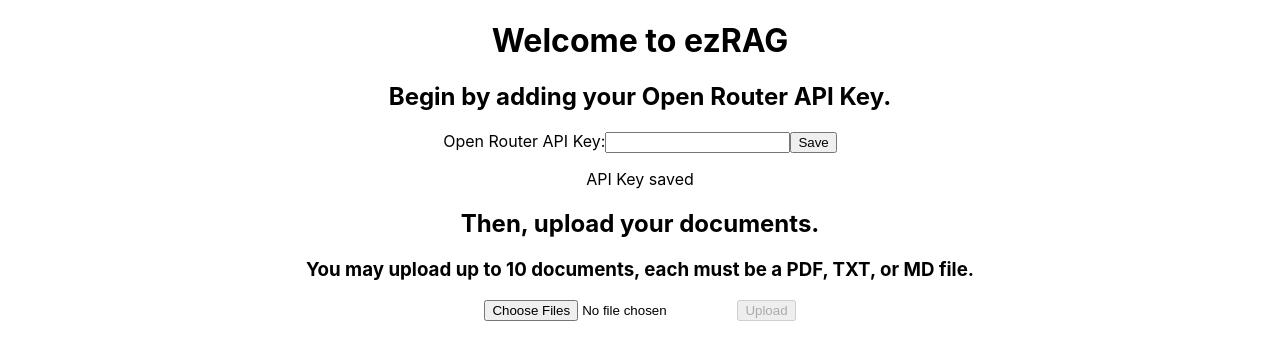
Repository: harrisonthayer04/ezRAG
Page: / (app in ez_rag/), after clicking the first element matching `button`
An editor plug-in stored every save of this project. The page is shown before and after the next save, followed by the edit.
The browser window is 1280 px wide. The pictures show the whole page.
The project was rebuilt for these pictures with package versions that can differ from the ones it lists, and the page was loaded fresh each time.

Above is the page before, as saved 2025-09-03 20:06:16.

### ez_rag/src/App.tsx
import React from 'react';
import logo from './logo.svg';
import './App.css';
import File_Upload from './components/File_Upload';
import Open_Router from './components/Open_Router';

function App() {
  return (
    <div className="App">
      <h1>Welcome to ezRAG</h1>
      <h2>Begin by adding your Open Router API Key.</h2>
      <Open_Router />

      <h2>Then, upload your documents.</h2>
      <h3>You may upload up to 10 documents, each must be a PDF, TXT, or MD file.</h3>
      <File_Upload />
    </div>
  );
}

export default App;

### ez_rag/src/components/File_Upload.tsx
import { useState } from 'react';

import { embedMany, loadEmbedder } from '../lib/embeddings';
import { chunkByChars } from '../lib/chunk';

export type StoredFileMetadata = {
  id: string;
  name: string;
  size: number;
  type: string;
  lastModified: number;
  text: string;
  error?: string;
};

type VectorRecord = {
  fileId: string;
  chunkIndex: number;
  text: string;
  vector: number[];
}

function makeId(){
  return Date.now().toString(36) + Math.random().toString(36).slice(2,8);
}

const File_Upload: React.FC = () => {
  const [selected, setSelected] = useState<FileList | null>(null);
  const [items, setItems] = useState<StoredFileMetadata[]>([]);
  const [vectors, setVectors] = useState<VectorRecord[]>([]);
  const [loading, setLoading] = useState(false);
  const [error, setError] = useState<string | null>(null);

  async function handleUpload() {
    if (!selected || selected.length === 0) return;
    setLoading(true);
    setError(null);

    try {
      const next: StoredFileMetadata[] = [];

      for (const file of Array.from(selected)) {
        const base = {
          id: makeId(),
          name: file.name,
          size: file.size,
          type: file.type || 'text/plain',
          lastModified: file.lastModified || Date.now(),
        };

        try {
          const lower = file.name.toLowerCase();
          const isTxtOrMd =
            file.type.startsWith('text/') || lower.endsWith('.txt') || lower.endsWith('.md');

          if (!isTxtOrMd) {
            next.push({ ...base, text: '', error: 'Only .txt and .md files are supported.' });
            continue;
          }

          const text = await file.text();
          next.push({ ...base, text });
        } catch (e: any) {
          next.push({ ...base, text: '', error: e?.message || String(e) });
        }
      }

      setItems(next);

      // ----- Build embeddings locally -----
      // Ensure the model is loaded (first call downloads weights, then cached).
      await loadEmbedder();

      // Chunk each successful file and collect all chunks
      const chunks: { fileId: string; chunkIndex: number; text: string }[] = [];
      for (const it of next) {
        if (it.error) continue;
        const parts = chunkByChars(it.text, 1800, 200); // tune sizes as you like
        parts.forEach((t, i) => {
          chunks.push({ fileId: it.id, chunkIndex: i, text: t });
        });
      }

      // Compute embeddings for all chunks
      const embs = await embedMany(chunks.map((c) => c.text));

      // Pair back results for display
      const recs: VectorRecord[] = embs.map((e, i) => ({
        ...chunks[i],
        vector: Array.from(e), // convert Float32Array -> number[] so we can stringify/display
      }));

      setVectors(recs);
    } catch (e: any) {
      setError(e?.message || String(e));
    } finally {
      setLoading(false);
    }
  }

  return (
    <div>
      <div>
        <input
          type="file"
          id="files"
          multiple
          accept=".txt,.md,text/plain,text/markdown"
          onChange={(e) => setSelected(e.target.files)}
        />
        <button onClick={handleUpload} disabled={loading || !selected || selected.length === 0}>
          {loading ? 'Processing…' : 'Upload'}
        </button>
      </div>

      {error && <p>{error}</p>}

      {/* File metadata + text */}
      <div>
        {items.map((it) => (
          <div key={it.id}>
            <div>
              <strong>{it.name}</strong>
            </div>
            <div>Size: {(it.size / 1024).toFixed(1)} KB</div>
            <div>Type: {it.type || 'unknown'}</div>
            <div>Last Modified: {new Date(it.lastModified).toLocaleString()}</div>
            {it.error ? (
              <div>Error: {it.error}</div>
            ) : (
              <pre style={{ whiteSpace: 'pre-wrap' }}>{it.text}</pre>
            )}
            <hr />
          </div>
        ))}
      </div>

      {/* Embeddings per file (chunked) */}
      {vectors.length > 0 && (
        <div>
          <h3>Embeddings</h3>
          {items.map((file) => {
            const rows = vectors.filter((v) => v.fileId === file.id);
            if (rows.length === 0) return null;
            return (
              <div key={`vec-${file.id}`}>
                <div>
                  <strong>{file.name}</strong> — {rows.length} chunk(s)
                </div>
                {rows.map((r) => (
                  <div key={`${r.fileId}-${r.chunkIndex}`}>
                    <div>
                      Chunk {r.chunkIndex} • dim {r.vector.length}
                    </div>
                    <pre style={{ whiteSpace: 'pre-wrap' }}>
                      {JSON.stringify(r.vector.slice(0, 8))}{r.vector.length > 8 ? ' …' : ''}
                    </pre>
                    <hr />
                  </div>
                ))}
              </div>
            );
          })}
        </div>
      )}
    </div>
  );
};

export default File_Upload

### ez_rag/src/components/Open_Router.tsx
import React from 'react'
import { useState } from 'react';



const Open_Router = () => {
  const [apiKey, setApiKey] = useState('');
  const [state, setState] = useState('idle');

  const handleSave = () => {
    localStorage.setItem('openRouterApiKey', apiKey);
    setState('saved');
  }

  return (
    <div>
    <label htmlFor="Open Router API Key">Open Router API Key:
    <input type="text" value={apiKey} onChange={(e) => setApiKey(e.target.value)} />
    </label>
    <button onClick={handleSave}>Save</button>
    {state === 'saved' && <p>API Key saved</p>}
    </div>
  )

}

export default Open_Router

### ez_rag/src/lib/embeddings.ts
import { pipeline, env } from "@xenova/transformers";

// Offline/local setup (served from CRA public/ as /models)
env.allowLocalModels = true;
env.allowRemoteModels = false;
env.localModelPath = '/models';

let extractorPromise: Promise<any> | null = null;

export function loadEmbedder(model = 'bge-small-en-v1.5'){
    if (!extractorPromise){
        extractorPromise = pipeline('feature-extraction', model, {
            quantized: true,
            local_files_only: true,
        });
    }
    return extractorPromise;
}

function toFloat32Array(out: any): Float32Array {
    if (out == null) throw new Error('Empty embedding output');

    // Transformers.js may return a Tensor-like object with .data
    if (out.data) {
        const d = out.data;
        return d instanceof Float32Array ? d : new Float32Array(d);
    }

    if (out instanceof Float32Array) return out;
    if (Array.isArray(out)) return new Float32Array(out);
    if (ArrayBuffer.isView(out)) {
        return new Float32Array(out.buffer, out.byteOffset, out.byteLength / Float32Array.BYTES_PER_ELEMENT);
    }

    throw new Error('Unexpected embedding output format');
}

export async function embedOne(text: string): Promise<Float32Array>{
    const extractor = await loadEmbedder();
    const out = await extractor(text, { pooling: 'mean', normalize: true });
    return toFloat32Array(out);
}

export async function embedMany(texts: string[]): Promise<Float32Array[]> {
    const extractor = await loadEmbedder();
    const results: Float32Array[] = [];
    for (const t of texts){
        const out = await extractor(t, { pooling: 'mean', normalize: true });
        results.push(toFloat32Array(out));
    }
    return results;
}

export function cosineSimilarity(a: Float32Array, b: Float32Array): number{
    let dot = 0, na = 0, nb = 0;
    for (let i = 0; i < a.length; i++){
        const ai = a[i], bi = b[i];
        dot += ai * bi; na += ai * ai; nb += bi * bi;
    }
    return dot / (Math.sqrt(na) * Math.sqrt(nb));
}

### ez_rag/src/lib/chunk.ts
export function chunkByChars(
    text: string,
    maxChars = 1800,
    overlap = 200
): string[]{
    const clean = text.replace(/\s+\n/g, '\n').trim();
    if (clean.length <= maxChars) return [clean];

    const chunks: string[] = [];
    let i = 0;
    while (i < clean.length){
        const end = Math.min(i + maxChars, clean.length);
        let slice = clean.slice(i, end);

        const lastStop = Math.max(
            slice.lastIndexOf(". "),
            slice.lastIndexOf("? "),
            slice.lastIndexOf("! "),
        );
        if (end < clean.length && lastStop > maxChars * 0.6){
            slice = slice.slice(0, lastStop + 1);
        }
        chunks.push(slice);
        if (end >= clean.length) break;
        i += Math.max(1, slice.length - overlap)
    }
    return chunks;
}

Loaded but not shown: ez_rag/public/index.html (common file); ez_rag/src/index.js (common file); ez_rag/src/index.css (common file); ez_rag/src/reportWebVitals.js (common file); ez_rag/src/App.css (common file)

After the next save:
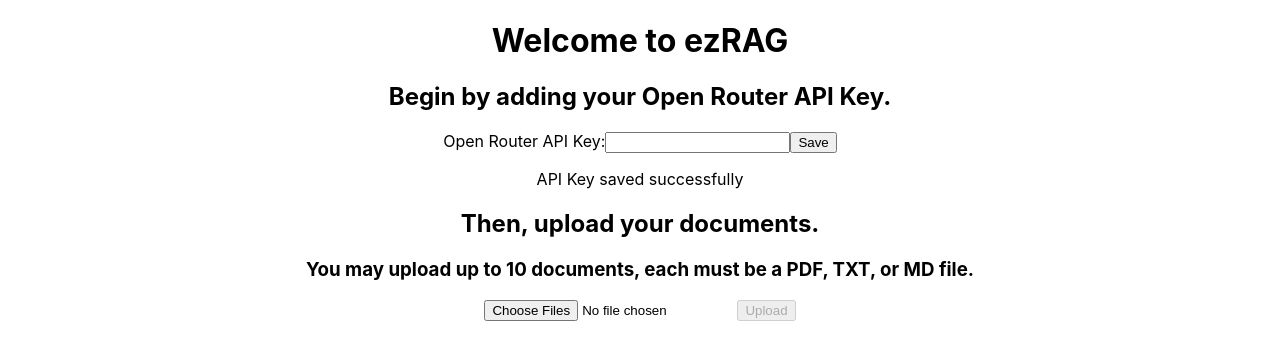
Saved 12 s later.
--- a/ez_rag/src/components/Open_Router.tsx
+++ b/ez_rag/src/components/Open_Router.tsx
@@ -18,7 +18,7 @@ const Open_Router = () => {
     <input type="text" value={apiKey} onChange={(e) => setApiKey(e.target.value)} />
     </label>
     <button onClick={handleSave}>Save</button>
-    {state === 'saved' && <p>API Key saved</p>}
+    {state === 'saved' && <p>API Key saved successfully</p>}
     </div>
   )
 
